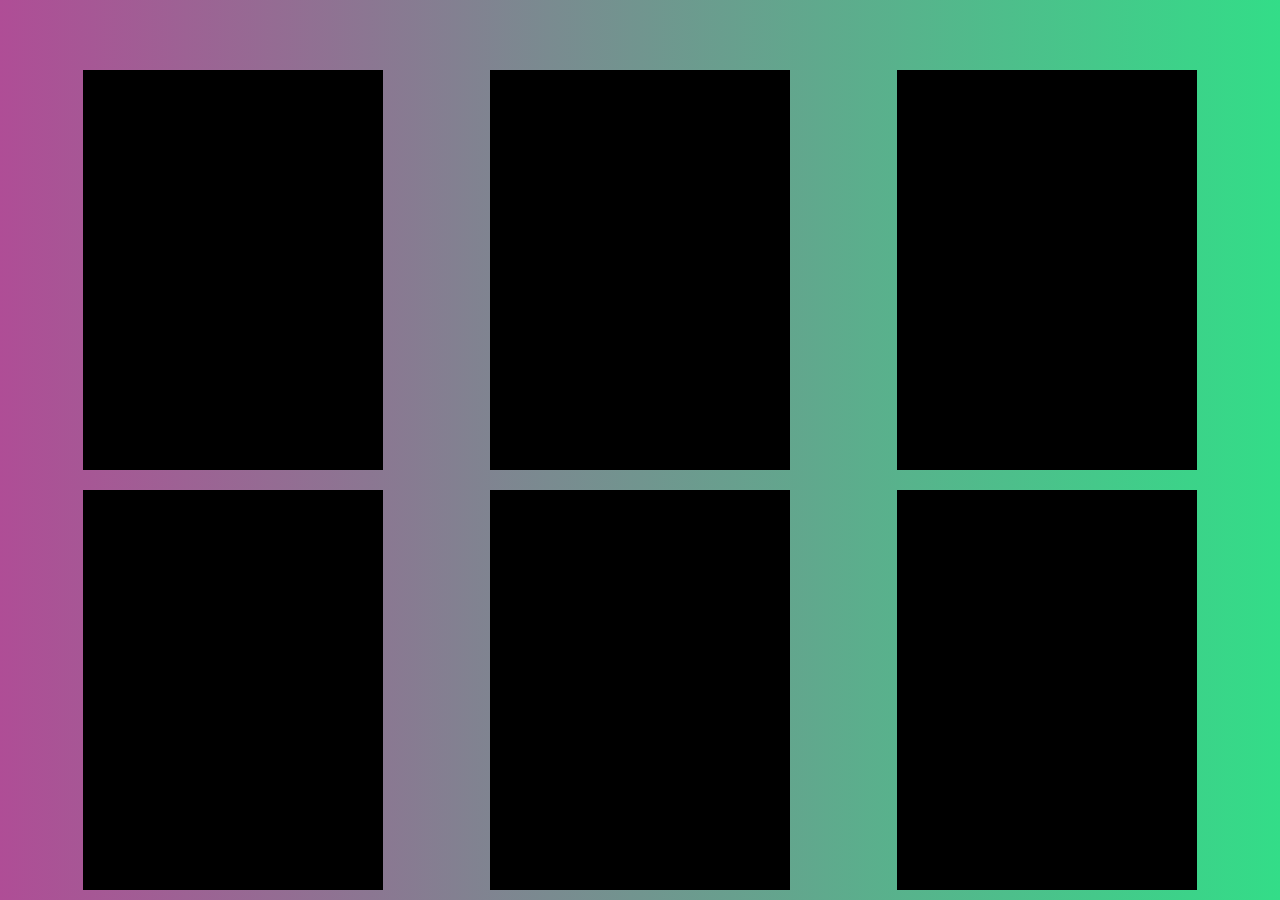
Repository: lausamtuong/profileCard
Page: index.html
The author's editor kept a copy of each file at every save. The page is drawn from the files as they stood at one save, then again after the next save.
The browser window is 1280 px wide. The pictures show the whole page.
The style sheet was rebuilt from its Sass, Less or Tailwind sources for each picture, by a compiler version that may differ from the author's.

Above is the page before, as saved 2021-12-14 14:57:30.

After the next save:
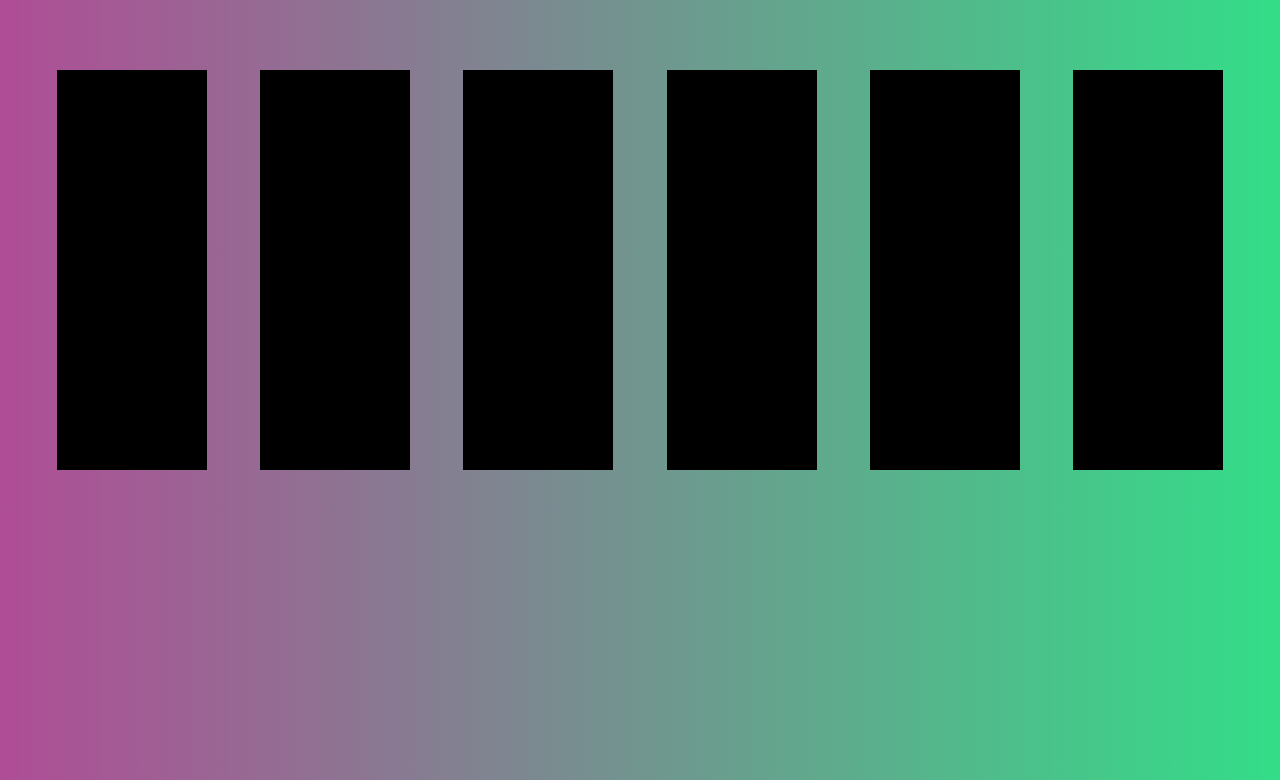
Saved 20 s later.
--- a/style.scss
+++ b/style.scss
@@ -16,7 +16,7 @@ body{
       margin: 60px 30px;
     }
     &__item{
-        width:300px;
+        width:150px;
         height:400px;
         background-color: #000;
         margin: 10px;
